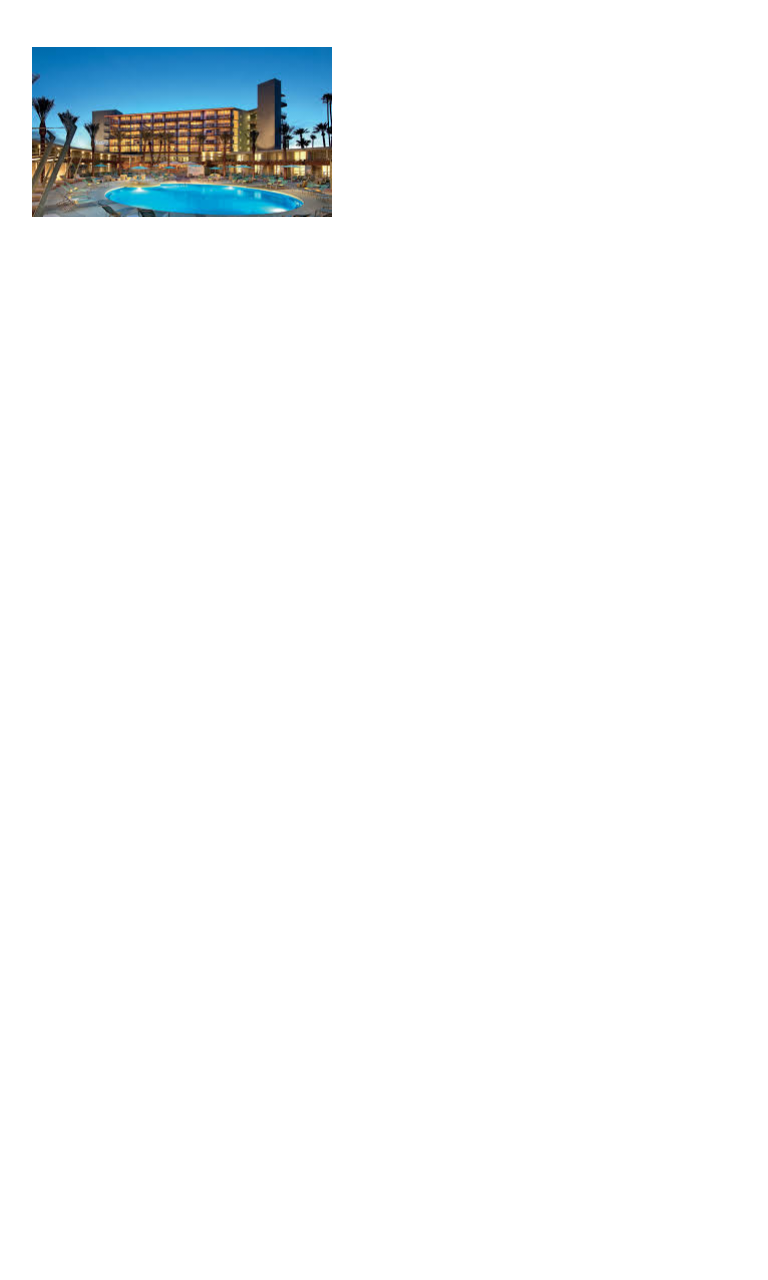
Repository: alyssialui/NCMS
Layout: CodeSprint/HotelLocator/res/layout/activity_featured.xml
An editor plug-in stored every save of this project. The layout is shown before and after the next save, followed by the edit.
It is drawn on a 768 x 1280 px phone screen (xhdpi) without system bars, with theme AppTheme; the app's code is not run. Lists and similar views that code fills are empty.

Above is the layout before, as saved 2013-04-07 21:40:44.

### CodeSprint/HotelLocator/res/layout/activity_featured.xml
<RelativeLayout xmlns:android="http://schemas.android.com/apk/res/android"
    xmlns:tools="http://schemas.android.com/tools"
    android:layout_width="match_parent"
    android:layout_height="match_parent"
    android:paddingBottom="@dimen/activity_vertical_margin"
    android:paddingLeft="@dimen/activity_horizontal_margin"
    android:paddingRight="@dimen/activity_horizontal_margin"
    android:paddingTop="@dimen/activity_vertical_margin"
    tools:context=".FeaturedActivity" >

    <TextView
        android:id="@+id/hotelName"
        android:layout_width="wrap_content"
        android:layout_height="wrap_content"
        android:layout_alignParentTop="true"
        android:layout_centerHorizontal="true"
        android:textAppearance="?android:attr/textAppearanceLarge" />

    <ImageView
        android:id="@+id/imageView1"
        android:layout_width="150dp"
        android:layout_height="100dp"
        android:layout_alignParentLeft="true"
        android:layout_below="@+id/textView1"
        android:src="@drawable/images" />

    <TextView
        android:id="@+id/hotelDescription"
        android:layout_width="wrap_content"
        android:layout_height="wrap_content"
        android:layout_alignTop="@+id/imageView1"
        android:layout_marginLeft="14dp"
        android:layout_marginTop="18dp"
        android:layout_toRightOf="@+id/imageView1"
        android:textAppearance="?android:attr/textAppearanceMedium" />

    <ListView
        android:id="@+id/listView1"
        android:layout_width="match_parent"
        android:layout_height="286dp"
        android:layout_alignLeft="@+id/imageView1"
        android:layout_alignParentBottom="true" >
    </ListView>

</RelativeLayout>

Loaded but not shown: CodeSprint/HotelLocator/res/values/styles.xml (common file); CodeSprint/HotelLocator/res/values-v11/styles.xml (common file); CodeSprint/HotelLocator/res/values-v14/styles.xml (common file); CodeSprint/HotelLocator/res/values/dimens.xml (common file)

After the next save:
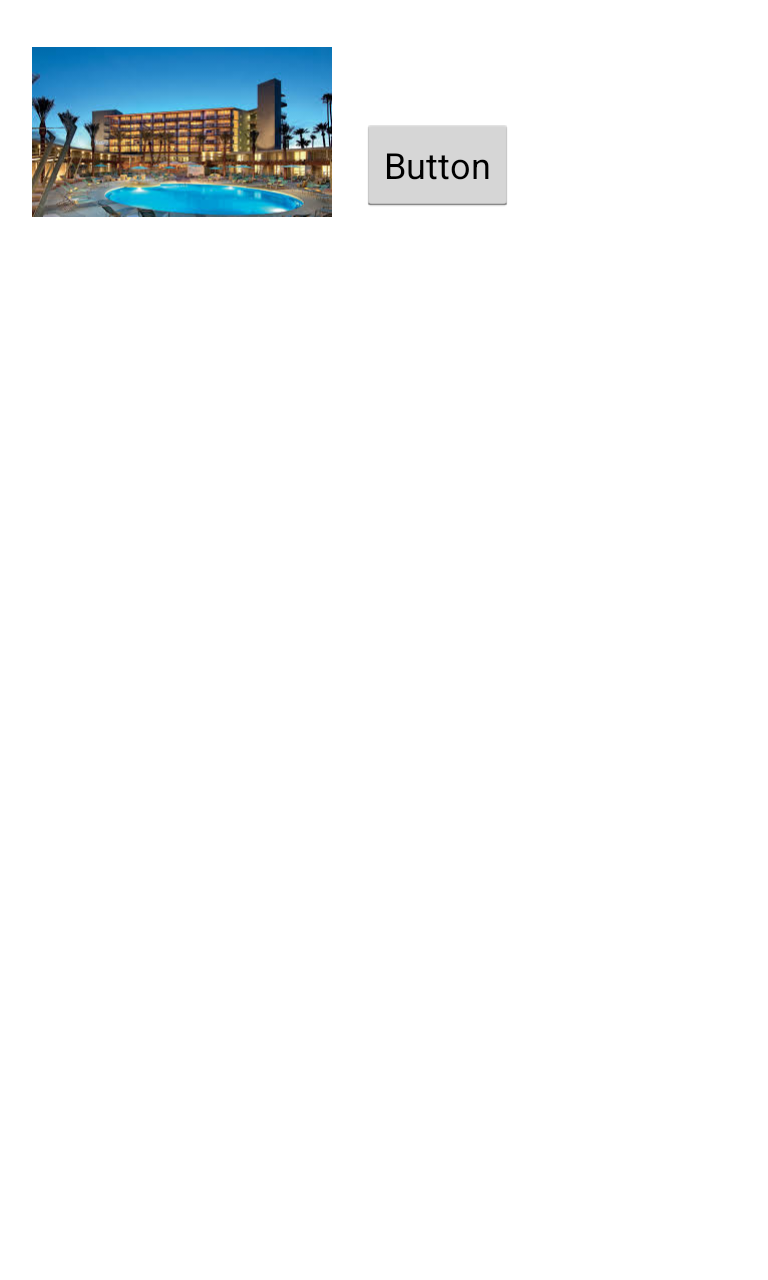
Saved 2 min 20 s later.
--- a/CodeSprint/HotelLocator/res/layout/activity_featured.xml
+++ b/CodeSprint/HotelLocator/res/layout/activity_featured.xml
@@ -42,4 +42,13 @@
         android:layout_alignParentBottom="true" >
     </ListView>
 
+    <Button
+        android:id="@+id/button1"
+        android:layout_width="wrap_content"
+        android:layout_height="wrap_content"
+        android:layout_alignLeft="@+id/hotelDescription"
+        android:layout_toRightOf="@+id/imageView1"
+        android:layout_below="@+id/hotelDescription"
+        android:text="Button" />
+
 </RelativeLayout>
